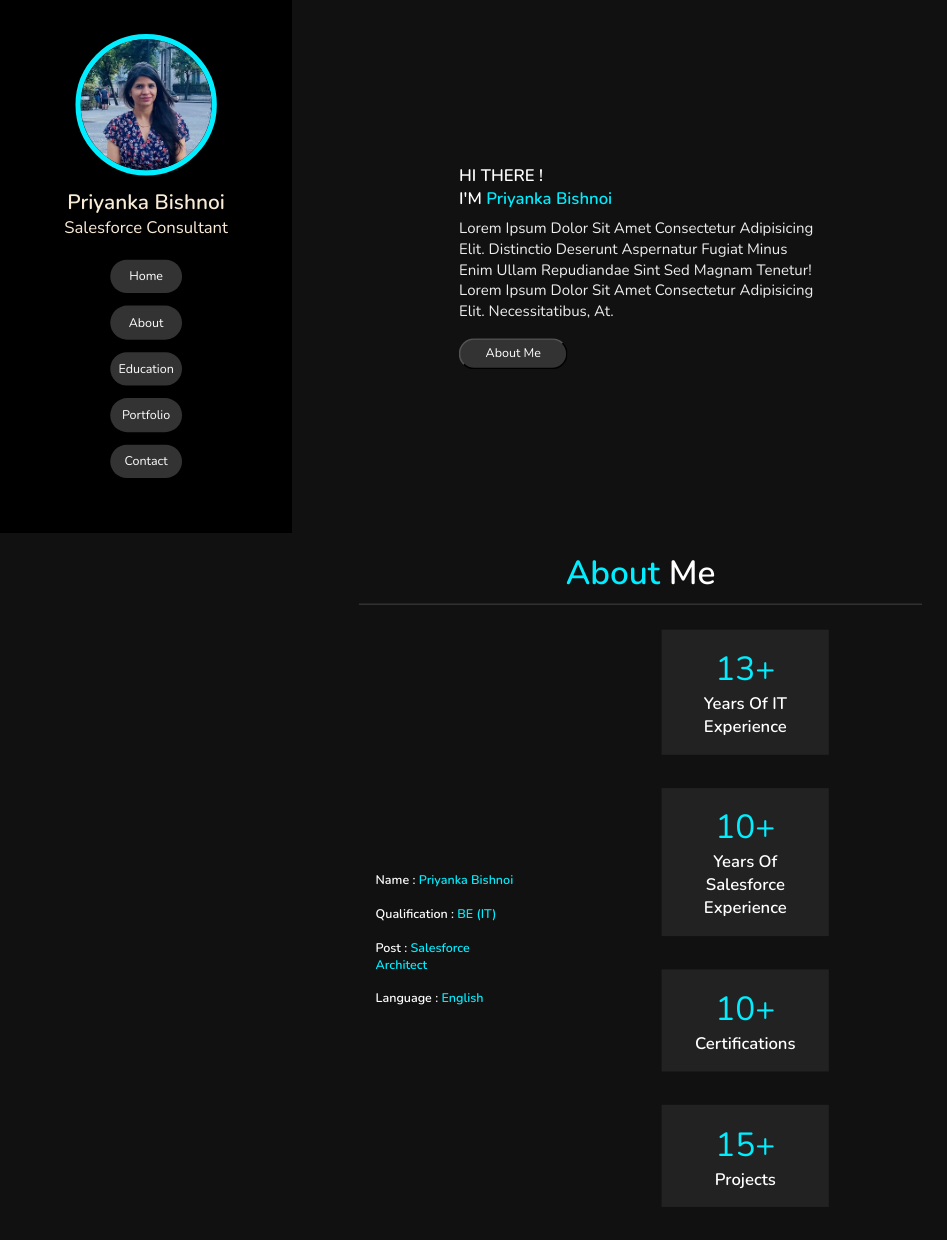
Repository: priyanka-bishnoi/PortfolioPage
Page: MyPage.html
An editor plug-in stored every save of this project. The page is shown before and after the next save, followed by the edit.
The browser window is 1280 px wide. The pictures show the whole page, at 74% of full size.

Above is the page before, as saved 2022-10-08 23:10:06.

### MyPage.html
<!DOCTYPE html>
<html>
<head>
    <link rel="stylesheet" href="css/style.css">

</head>
<body>
<header>
    <div class= "user">
        <img src="Background1.jpg"/>
        <h1 class="name" >Priyanka Bishnoi</h1>
        <p class="post" >Salesforce Consultant</p>
    </div>

    <nav class="navBar">
        <ul>
            <li> <a href="#home">Home</a></li>
            <li> <a href="#about">About</a></li>
            <li> <a href="#education">Education</a></li>
            <li> <a href="#portfolio">Portfolio</a></li>
            <li> <a href="#contact">Contact</a></li>

        </ul>


    </nav>


</header>

<!-- Home-->

<section class="home" id="home">

    <h3>HI THERE !</h3>
    <h1>I'M <span>Priyanka Bishnoi</span></h1>
    <p>Lorem ipsum dolor sit amet consectetur adipisicing elit. Distinctio deserunt aspernatur fugiat minus enim ullam repudiandae sint sed magnam tenetur! Lorem ipsum dolor sit amet consectetur adipisicing elit. Necessitatibus, at.
    </p>
    <a href="#about"><button class="btn">about me </button></a>


</section>

<section class="about" id="about">
<h1 class="heading"> <span>About </span>Me</h1>

<div class="row">
    <div class="info">
        <h3>  name : <span> priyanka bishnoi </span></h3>
        <h3> qualification :  <span> BE (IT) </span> </h3>
        <h3>  post : <span>Salesforce Architect </span>  </h3>
        <h3> language :<span> English  </span>  </h3>
    </div>

    <div class="counter">
        <div class="box">
            <span>13+</span>
            <h3>years of IT experience</h3>
        </div>

        <div class="box">
            <span>10+</span>
            <h3>years of Salesforce Experience</h3>
        </div>

        <div class="box">
            <span>10+</span>
            <h3>Certifications</h3>
        </div>

        <div class="box">
            <span>15+</span>
            <h3>Projects</h3>
        </div>
    </div>
</div>



</section>

</body>
</html>

### css/style.css
@import url('https://fonts.googleapis.com/css2?family=Nunito:wght@200;300;400;600&display=swap');
:root{
    --orange:rgb(0, 238, 255);
}
*{
    font-family: 'Nunito', sans-serif;
    margin:0;
    padding:0;
    box-sizing:border-box;
    text-decoration:none;
    text-transform:capitalize;
    transition:all .2s linear;
}
html {
    font-size:70.5%;
    overflow-x:hidden;
}
body{
    background:#111;
    overflow-x: hidden;
    padding-left: 40rem;
}

section{
    min-height: 100vh;
    padding:1rem;
}

.btn{
    padding:.7rem 3rem;
    background:#333;
    color:#fff;
    cursor: pointer;
    margin-top: 1rem;
    font-size: 1.5rem;
    border-radius: 5rem;
}

.btn:hover{
    background:var(--orange);
}

.heading{
    text-align: center;
    margin:0 2rem;
    font-size: 4rem;
    padding:1rem;
    border-bottom: .1rem solid #fff4;
    color:#fff;
}

.heading span{
    color:var(--orange);
}

header {
    position:fixed;
    top:0; left:0;
    z-index:1000;
    height:100%;
    width:35rem;
    background:black;
    display:flex;
    align-items: center;
    justify-content: center;
    flex-flow: column;
    text-align: center;
}

header .user img {
    height: 17rem;
    width: 17rem;
    border-radius: 50%;
    object-fit: cover;
    margin-bottom: 1rem;
    border: 0.7rem solid var(--orange);
}
header .user .name {
    font-size: 2.5rem;
    color: antiquewhite;
}
header .user .post{
    font-size: 2rem;
    color: antiquewhite;
}

header .navBar {
    font-size : 2rem;
}
header .navBar ul{
    list-style: none;
    padding:1rem 2rem;
}
header .navBar ul li a{
    display: block;
    padding:1rem;
    margin:1.5rem 0;
    background:#333;
    color:#fff;
    font-size: 1.5rem;
    border-radius: 5rem;
}

header .navBar ul li a:hover{
    background:rgb(0, 238, 255);
}


.home{
    display: flex;
    justify-content: center;
    flex-flow: column;
    padding:0 15rem;
}

.home h3{
    font-size: 2rem;
    color:#fff;
}

.home h1{
    font-size:2rem;
    color:#fff;
}

.home h1 span{
    color:var(--orange);
}

.home p{
    font-size:1.8rem;
    color:#eee;
    padding: 1rem 0;
}

.about {
 color:white;
}
.about .row {
    display: flex;
    justify-content: flex-start;
    flex-wrap: nowrap;
    padding: 1rem 0;
    flex-direction: row;
    align-content: space-around;
    align-items: center;
}
.about .row .info {

    display: block;
    justify-content: center;
    padding-left: 1rem;
    padding-top: 5rem;
    padding-right: 1rem;
    margin: 0 1rem;
    font-size: 1.5rem;

}
.about h3 span{
    color:var(--orange);
}
.about .row .info h3 {

    display: block;
    justify-content: center;
    padding: 1rem;
    margin: 0 1rem;
    font-size: 1.5rem;

}
.about .row .counter{
    flex:1 1 48rem;
    display: flex;
    justify-content: center;
    flex-wrap: wrap;
}

.about .row .counter{
    flex:1 1 48rem;
    display: flex;
    justify-content: center;
    flex-wrap: wrap;
}

.about .row .counter .box{
    width:20rem;
    background:#222;
    text-align: center;
    padding: 2rem;
    margin:2rem;
}

.about .row .counter .box span{
    font-size: 4rem;
    color:var(--orange);
}

.about .row .counter .box h3{
    font-size: 2rem;
    color:#fff;
}

After the next save:
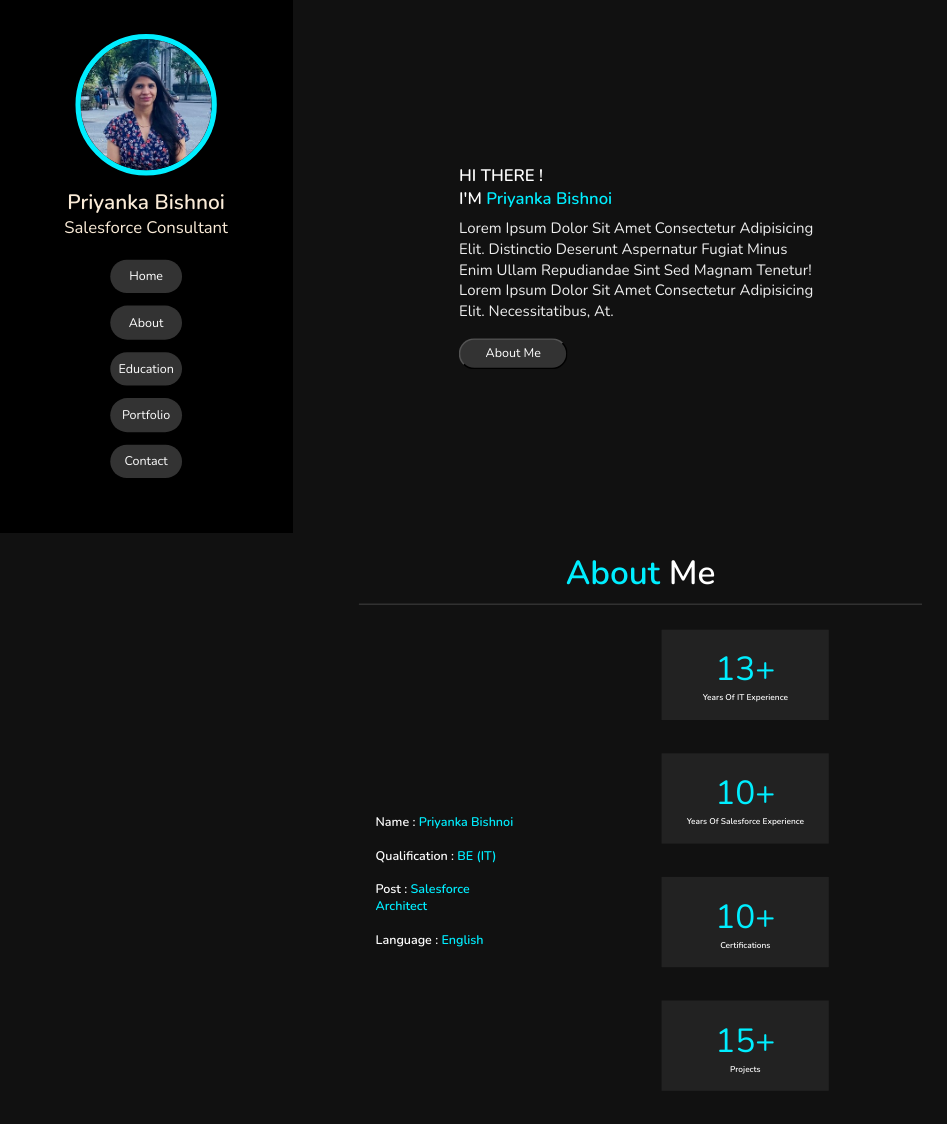
Saved 19 s later.
--- a/css/style.css
+++ b/css/style.css
@@ -196,6 +196,6 @@ header .navBar ul li a:hover{
 }
 
 .about .row .counter .box h3{
-    font-size: 2rem;
-    color:#fff;
-}
+    font-size: 1rem;
+    color:#fff;
+}
